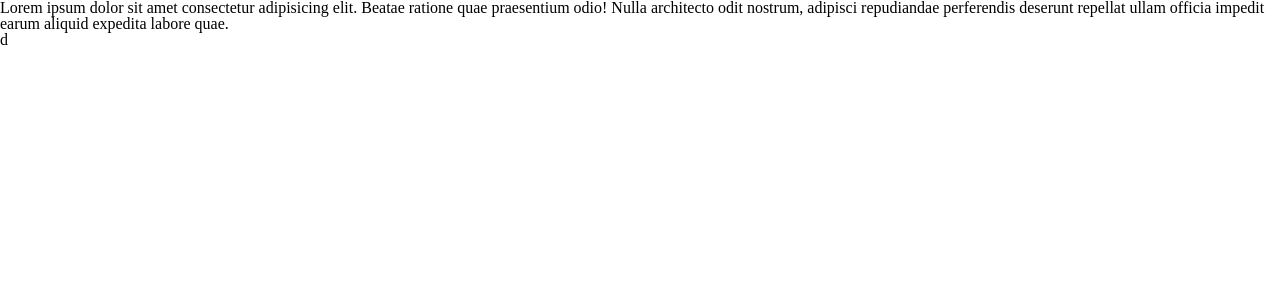
Repository: maianhbao9796/f8-htmlcss-01
Page: index.html
The author's editor kept a copy of each file at every save. The page is drawn from the files as they stood at one save, then again after the next save.
The browser window is 1280 px wide. The pictures show the whole page.

Above is the page before, as saved 2024-05-09 11:04:05.

### index.html
<!DOCTYPE html>
<html lang="en">
  <head>
    <meta charset="UTF-8" />
    <meta name="viewport" content="width=device-width, initial-scale=1.0" />
    <title>MTH Project 1</title>
    <link rel="stylesheet" href="./assets/css/reset.css" />
    <link rel="stylesheet" href="./assets/fonts/stylesheet.css" />
    <link rel="stylesheet" href="./assets/css/style.css" />
  </head>
  <body>
    <p>
      Lorem ipsum dolor sit amet consectetur adipisicing elit. Beatae ratione
      quae praesentium odio! Nulla architecto odit nostrum, adipisci repudiandae
      perferendis deserunt repellat ullam officia impedit earum aliquid expedita
      labore quae.
    </p>
  </body>
</html>
d

### assets/fonts/stylesheet.css
/* ================== Inter ===================== */
@font-face {
    font-family: 'Inter';
    src: url('Inter/Inter-Black.woff2') format('woff2'),
        url('Inter/Inter-Black.woff') format('woff');
    font-weight: 900;
    font-style: normal;
    font-display: swap;
}

@font-face {
    font-family: 'Inter';
    src: url('Inter/Inter-Bold.woff2') format('woff2'),
        url('Inter/Inter-Bold.woff') format('woff');
    font-weight: bold;
    font-style: normal;
    font-display: swap;
}

@font-face {
    font-family: 'Inter';
    src: url('Inter/Inter-ExtraBold.woff2') format('woff2'),
        url('Inter/Inter-ExtraBold.woff') format('woff');
    font-weight: bold;
    font-style: normal;
    font-display: swap;
}

@font-face {
    font-family: 'Inter';
    src: url('Inter/Inter-Light.woff2') format('woff2'),
        url('Inter/Inter-Light.woff') format('woff');
    font-weight: 300;
    font-style: normal;
    font-display: swap;
}

@font-face {
    font-family: 'Inter';
    src: url('Inter/Inter-Medium.woff2') format('woff2'),
        url('Inter/Inter-Medium.woff') format('woff');
    font-weight: 500;
    font-style: normal;
    font-display: swap;
}

@font-face {
    font-family: 'Inter';
    src: url('Inter/Inter-ExtraLight.woff2') format('woff2'),
        url('Inter/Inter-ExtraLight.woff') format('woff');
    font-weight: 200;
    font-style: normal;
    font-display: swap;
}

@font-face {
    font-family: 'Inter';
    src: url('Inter/Inter-SemiBold.woff2') format('woff2'),
        url('Inter/Inter-SemiBold.woff') format('woff');
    font-weight: 600;
    font-style: normal;
    font-display: swap;
}

@font-face {
    font-family: 'Inter';
    src: url('Inter/Inter-Regular.woff2') format('woff2'),
        url('Inter/Inter-Regular.woff') format('woff');
    font-weight: normal;
    font-style: normal;
    font-display: swap;
}

@font-face {
    font-family: 'Inter';
    src: url('Inter/Inter-Thin.woff2') format('woff2'),
        url('Inter/Inter-Thin.woff') format('woff');
    font-weight: 100;
    font-style: normal;
    font-display: swap;
}

/* ================== Other Font ===================== */

### assets/css/style.css
* {
    box-sizing: border-box;
}

html {
    font-size: 62.5%;
}

body {
    font-size: 1.6rem;
    /* font-family: ; */
}

Loaded but not shown: assets/css/reset.css (common file)

After the next save:
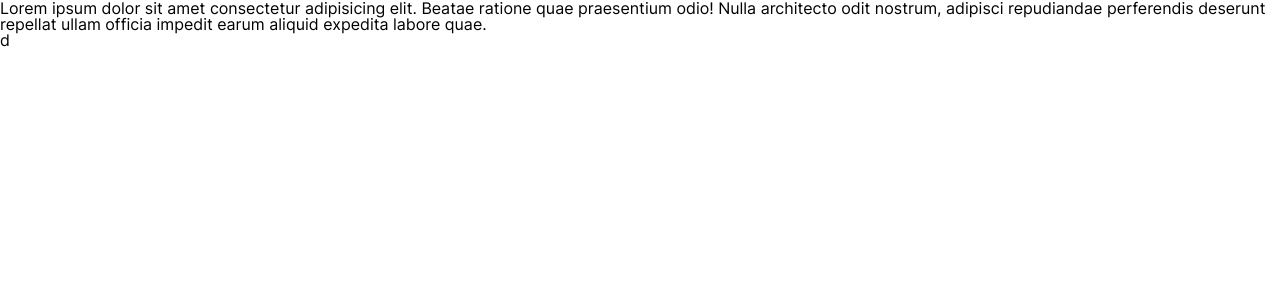
Saved 33 s later.
--- a/assets/css/style.css
+++ b/assets/css/style.css
@@ -8,5 +8,5 @@ html {
 
 body {
     font-size: 1.6rem;
-    /* font-family: ; */
+    font-family: 'Inter';
 }
